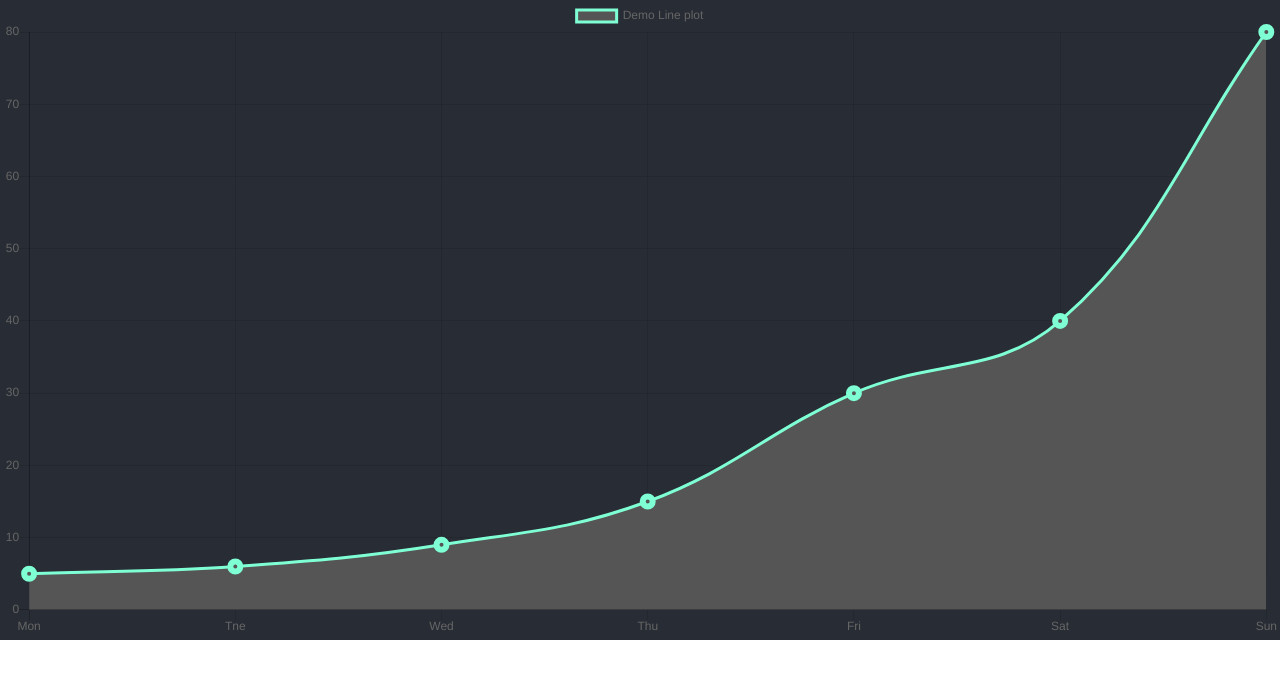
Repository: ShunsukeTanizaki/COVID19-Live
Page: /
These files come from the project's save history. The page is drawn as it stood at one moment and after the next save; the edit follows.
The browser window is 1280 px wide. The pictures show the whole page.
The project was rebuilt for these pictures with package versions that can differ from the ones it lists, and the page was loaded fresh each time.

Above is the page before, as saved 2020-11-04 23:43:12.

### src/App.tsx
import React from "react";
import logo from "./logo.svg";
import "./App.css";
import LinePlot from "./components/LinePlot";

function App() {
    return (
        <div className="App">
            <LinePlot />
        </div>
    );
}

export default App;

### src/App.css
.App {
    background-color: #282c34;
    text-align: center;
}

.App-logo {
    height: 40vmin;
    pointer-events: none;
}

@media (prefers-reduced-motion: no-preference) {
    .App-logo {
        animation: App-logo-spin infinite 20s linear;
    }
}

.App-header {
    background-color: #282c34;
    min-height: 100vh;
    display: flex;
    flex-direction: column;
    align-items: center;
    justify-content: center;
    font-size: calc(10px + 2vmin);
    color: white;
}

.App-link {
    color: #61dafb;
}

@keyframes App-logo-spin {
    from {
        transform: rotate(0deg);
    }
    to {
        transform: rotate(360deg);
    }
}

### src/components/LinePlot.tsx
import React from "react";
import { Line } from "react-chartjs-2";

const data = {
    labels: ["Mon", "Tne", "Wed", "Thu", "Fri", "Sat", "Sun"],
    datasets: [
        {
            label: "Demo Line plot",
            backgroundColor: "#555555",
            borderColor: "#7fffd4",
            pointBorderWidth: 10,
            data: [5, 6, 9, 15, 30, 40, 80]
        }
    ]
};

const LinePlot: React.FC = () => {
    return (
        <div>
            <Line data={data} />
        </div>
    );
};

export default LinePlot;

Loaded but not shown: public/index.html (common file); src/index.tsx (common file); src/index.css (common file); src/reportWebVitals.ts (common file)

After the next save:
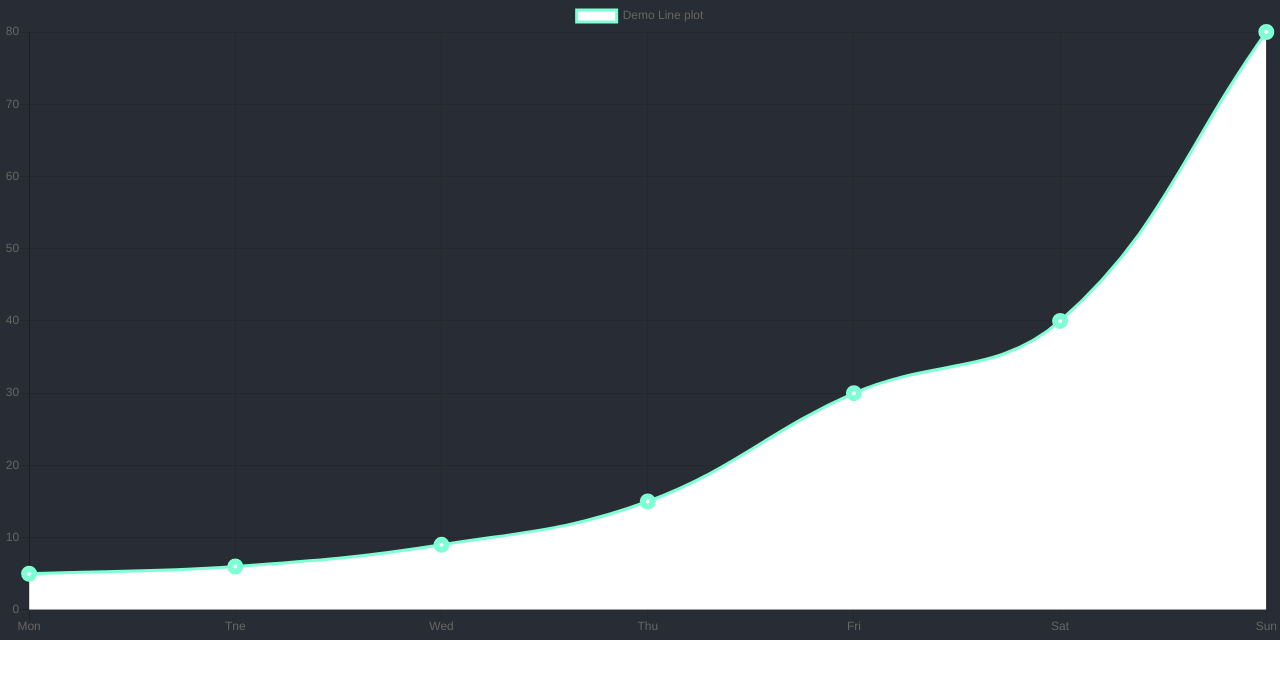
Saved 11 s later.
--- a/src/components/LinePlot.tsx
+++ b/src/components/LinePlot.tsx
@@ -6,7 +6,7 @@ const data = {
     datasets: [
         {
             label: "Demo Line plot",
-            backgroundColor: "#555555",
+            backgroundColor: "#FFF",
             borderColor: "#7fffd4",
             pointBorderWidth: 10,
             data: [5, 6, 9, 15, 30, 40, 80]
